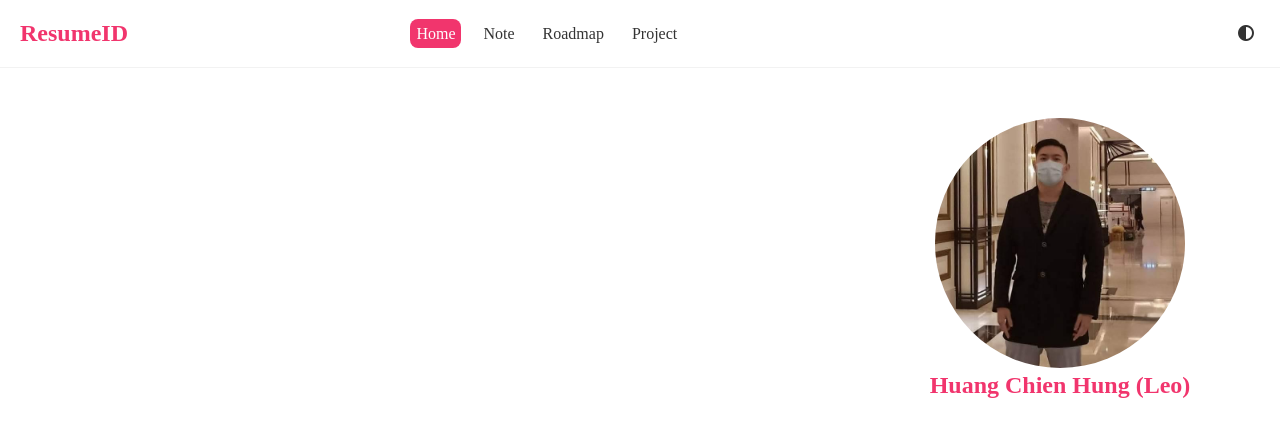
Repository: leo-play-code/ResumeID
Page: /
An editor plug-in stored every save of this project. The page is shown before and after the next save, followed by the edit.
The browser window is 1280 px wide. The pictures show the whole page.
Some web libraries are served in a nearby version. The project was rebuilt for these pictures with package versions that can differ from the ones it lists, and the page was loaded fresh each time. Also part of the build but not shown: src/Note/Note.js, src/Roadmap/Roadmap.js, src/Project/Project.js.

Above is the page before, as saved 2022-10-18 13:58:14.

After the next save:
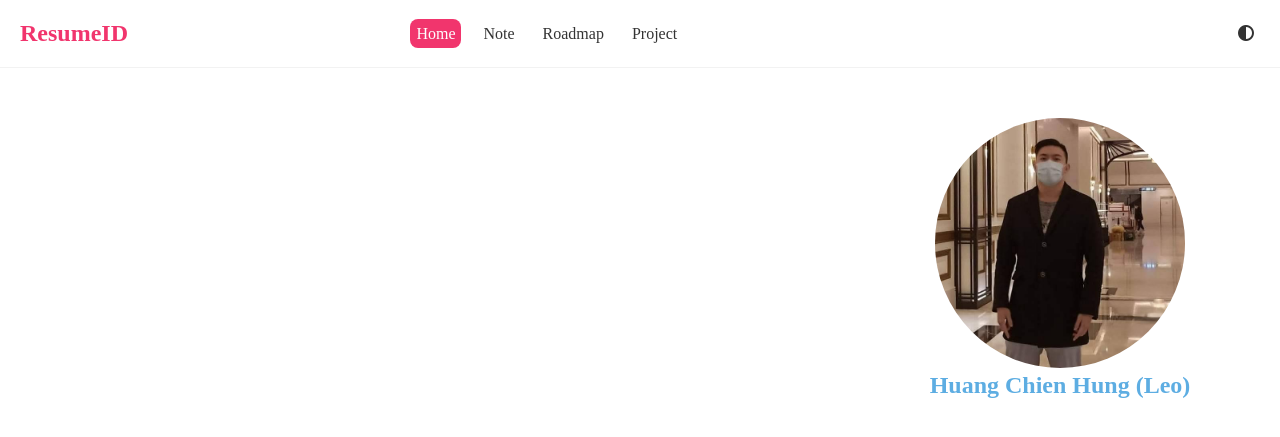
Saved 16 s later.
--- a/src/index.css
+++ b/src/index.css
@@ -58,5 +58,5 @@
 }
 
 .Home .profile-container h2{
-  color:#f1356d
+  color:#5DADE2
 }
